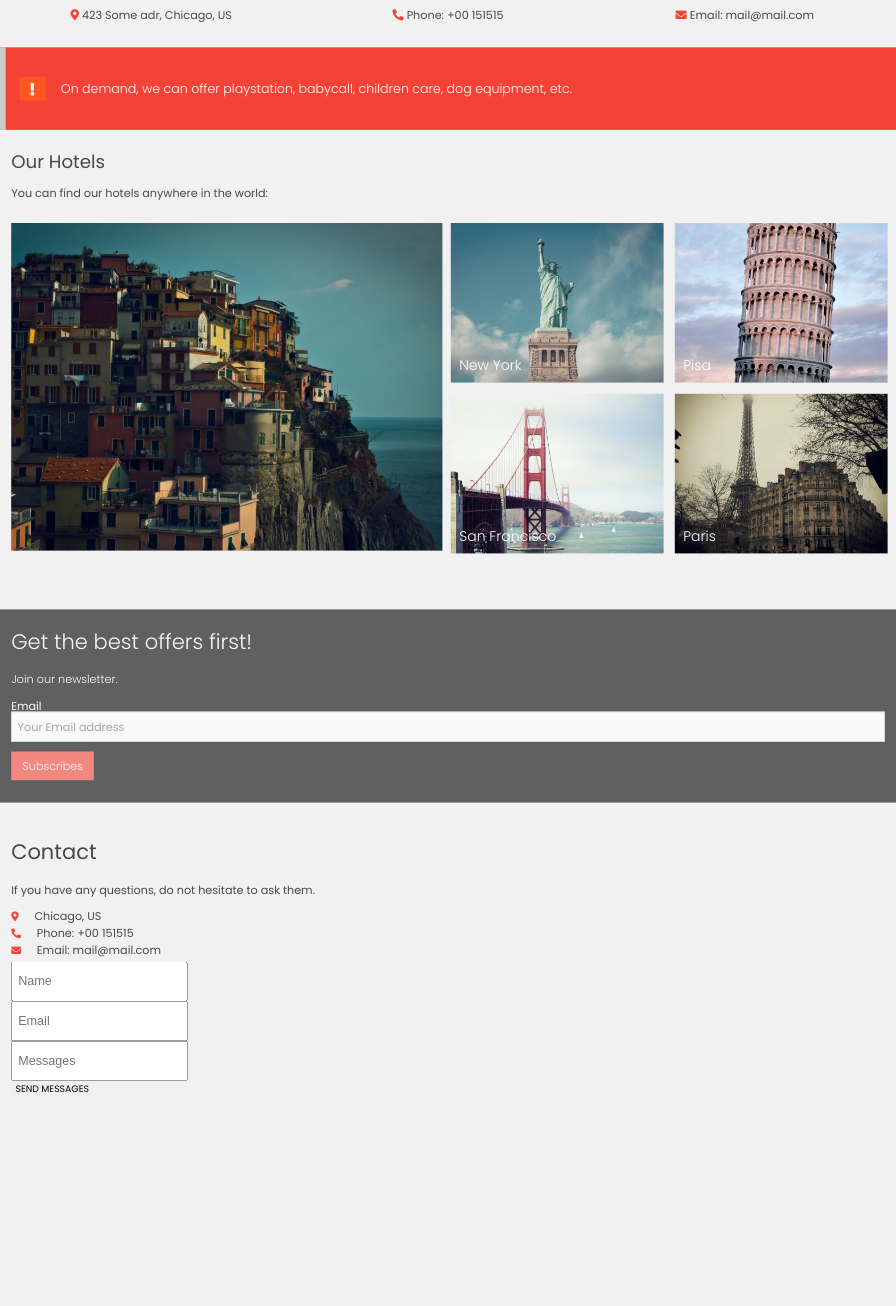
Repository: phamhuuloc/Travel_Template
Page: index.html
These files come from the project's save history. The page is drawn as it stood at one moment and after a run of saves; the edit follows.
The browser window is 1280 px wide. The pictures show the part of the page from y = 2042 to 3962 px (the page is 3908 px tall before and 3962 px after), at 70% of full size.
The style sheet was rebuilt from its Sass, Less or Tailwind sources for each picture, by a compiler version that may differ from the author's.

Above is the page before, as saved 2021-09-18 19:57:05.

After the next 2 saves:
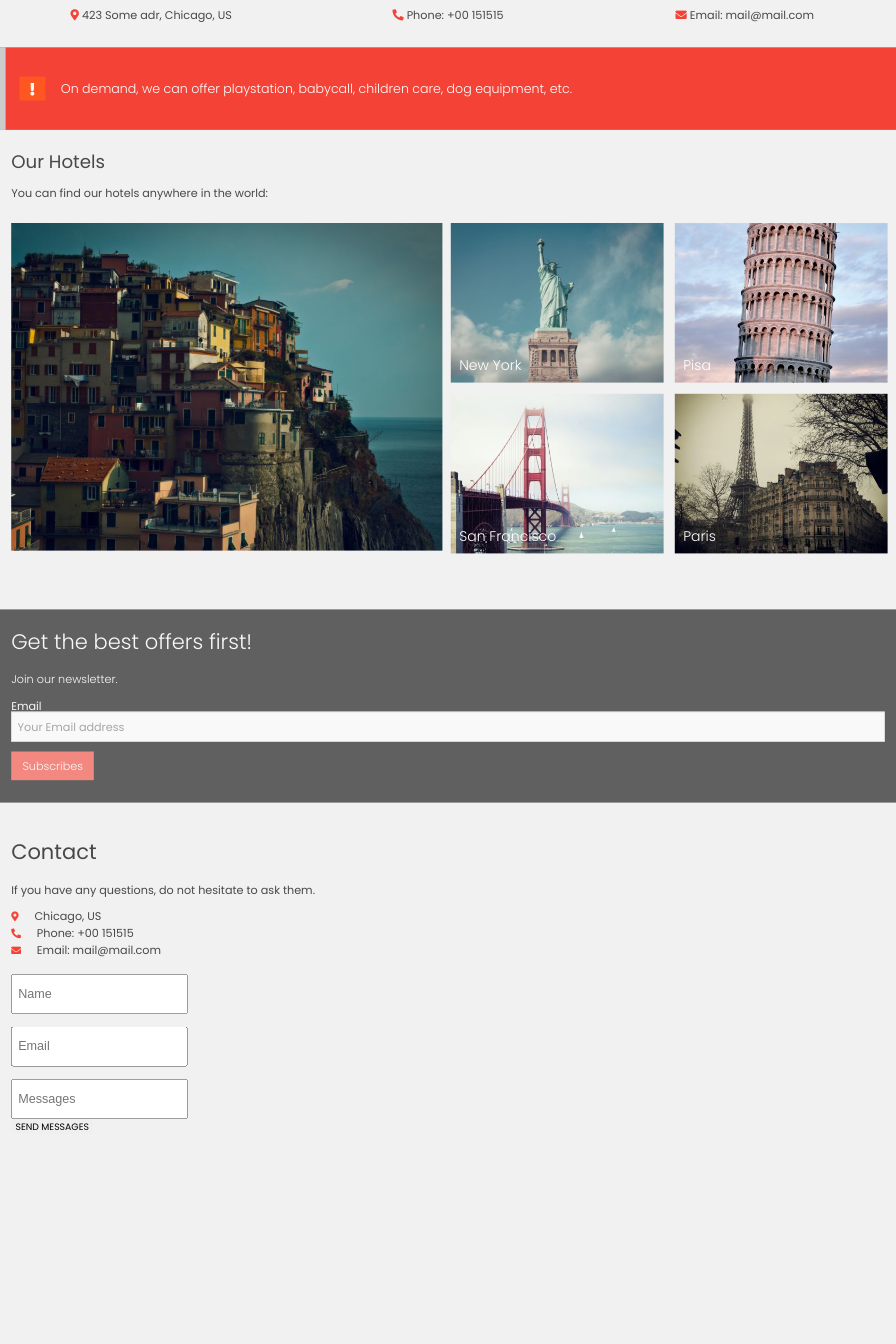
The 2 saves are shown as one change because 1 did not build or start.
The last was saved 24 s later.
--- a/assets/main.scss
+++ b/assets/main.scss
@@ -397,6 +397,7 @@ sup {
       font-size: 1.8rem;
       font-weight: 350;
       color: $text-color;
-    }
-  }
-}
+      margin-top: 1.8rem;
+    }
+  }
+}
